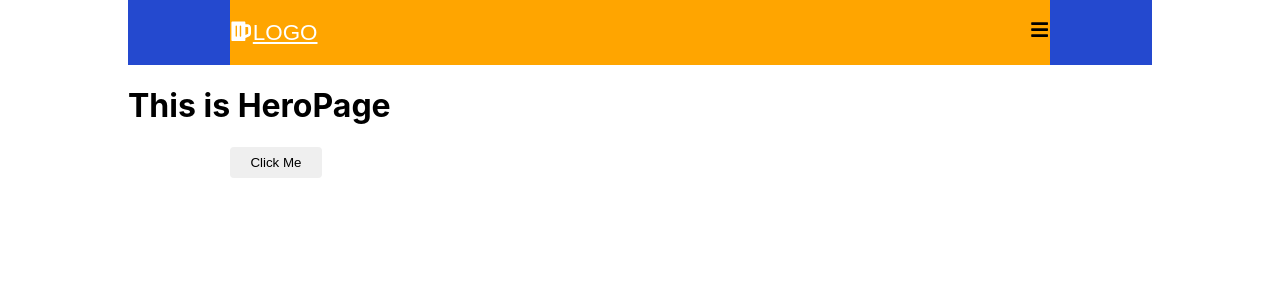
Repository: ajaygc95/Django-and-react
Page: / (app in galamart_sell/reactfrontend/)
These files come from the project's save history. The page is drawn as it stood at one moment and after a run of saves; the edit follows.
The browser window is 1280 px wide. The pictures show the whole page.
The project was rebuilt for these pictures with package versions that can differ from the ones it lists, and the page was loaded fresh each time. Also part of the build but not shown: galamart_sell/reactfrontend/src/components/Button.js, galamart_sell/reactfrontend/src/components/About.js, galamart_sell/reactfrontend/src/components/Shop.css, galamart_sell/reactfrontend/src/components/Shop.js, galamart_sell/reactfrontend/src/components/ItemDetail.js.

Above is the page before, as saved 2021-04-07 22:21:31.

After the next 2 saves:
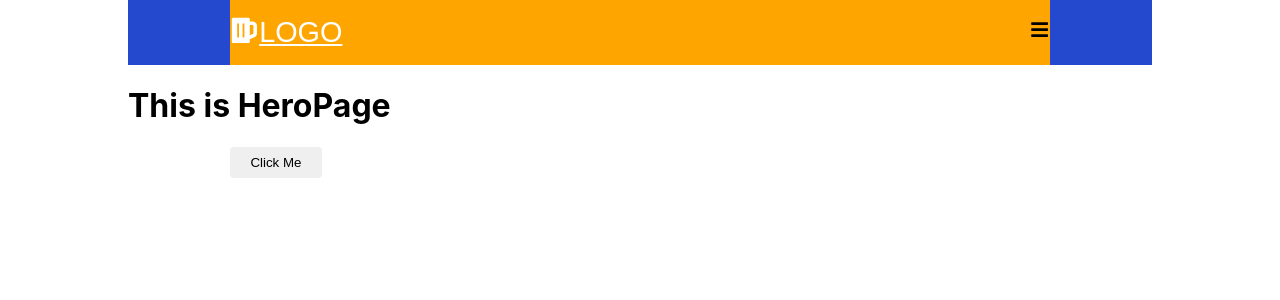
The 2 saves are shown as one change because they came seconds apart.
The last was saved 5 s later.
--- a/galamart_sell/reactfrontend/src/components/Nav.css
+++ b/galamart_sell/reactfrontend/src/components/Nav.css
@@ -30,5 +30,5 @@
 .navbar-logo {
   display: flex;
   color: white;
-  font-size: 1.4rem;
+  font-size: 1.8rem;
 }

After the 2 saves that followed:
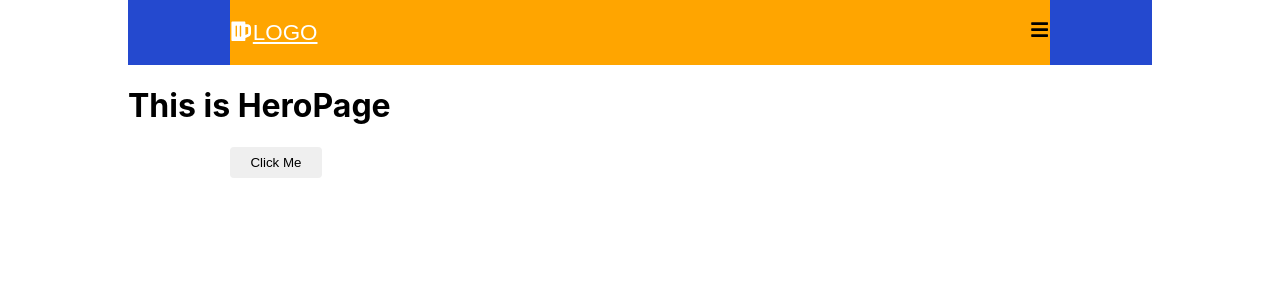
The 2 saves are shown as one change because they came seconds apart.
The last was saved 13 s later.
--- a/galamart_sell/reactfrontend/src/components/Nav.css
+++ b/galamart_sell/reactfrontend/src/components/Nav.css
@@ -30,5 +30,5 @@
 .navbar-logo {
   display: flex;
   color: white;
-  font-size: 1.8rem;
+  font-size: 1.4rem;
 }
